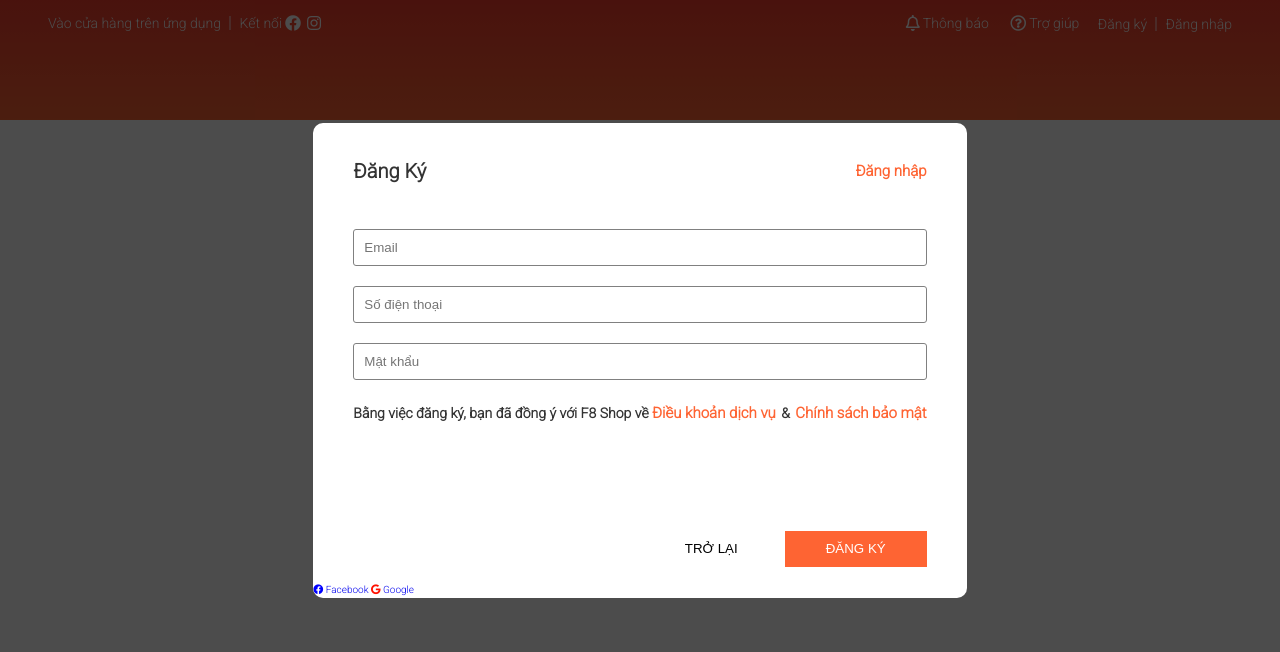
Repository: kebinh1235/Shopee-Demo
Page: index.html
These files come from the project's save history. The page is drawn as it stood at one moment and after the next save; the edit follows.
The browser window is 1280 px wide. The pictures show the whole page.

Above is the page before, as saved 2021-10-01 22:51:09.

After the next save:
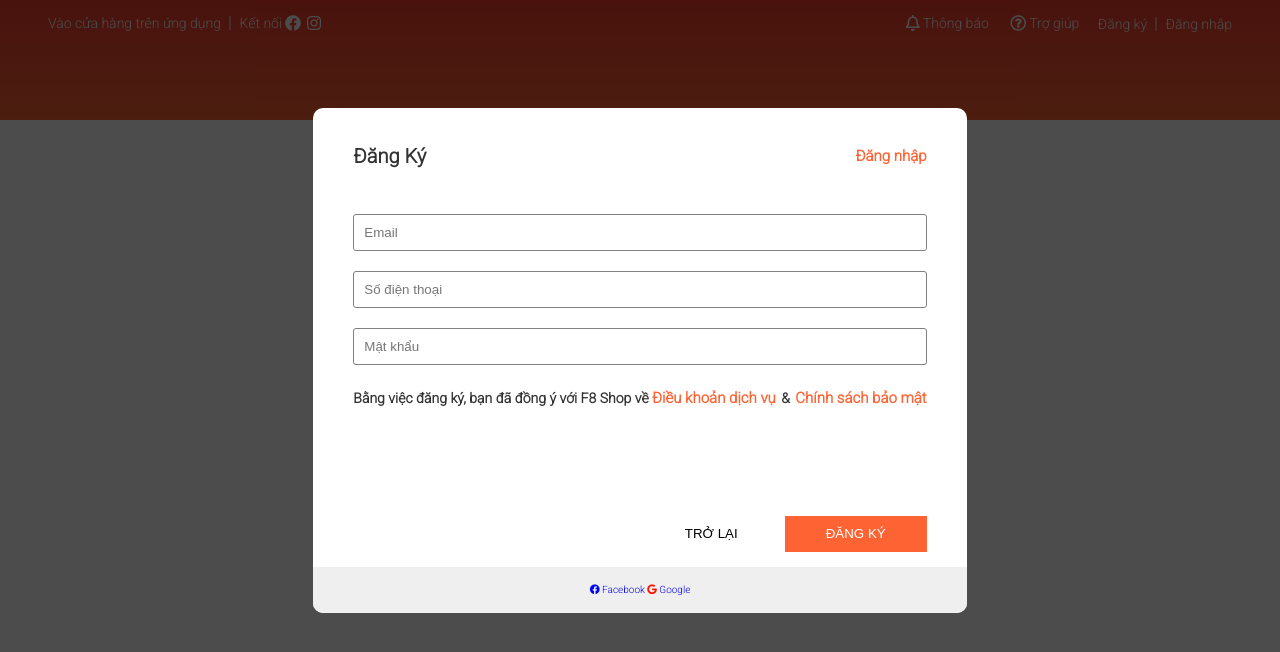
Saved 3 min 20 s later.
--- a/asset/css/main.css
+++ b/asset/css/main.css
@@ -276,7 +276,9 @@
 }
 
 .auth__form-social{
-
+  padding: 15px 0;
+  text-align: center;
+  background: #efefef;
 }
 
 /*End Modal*/
